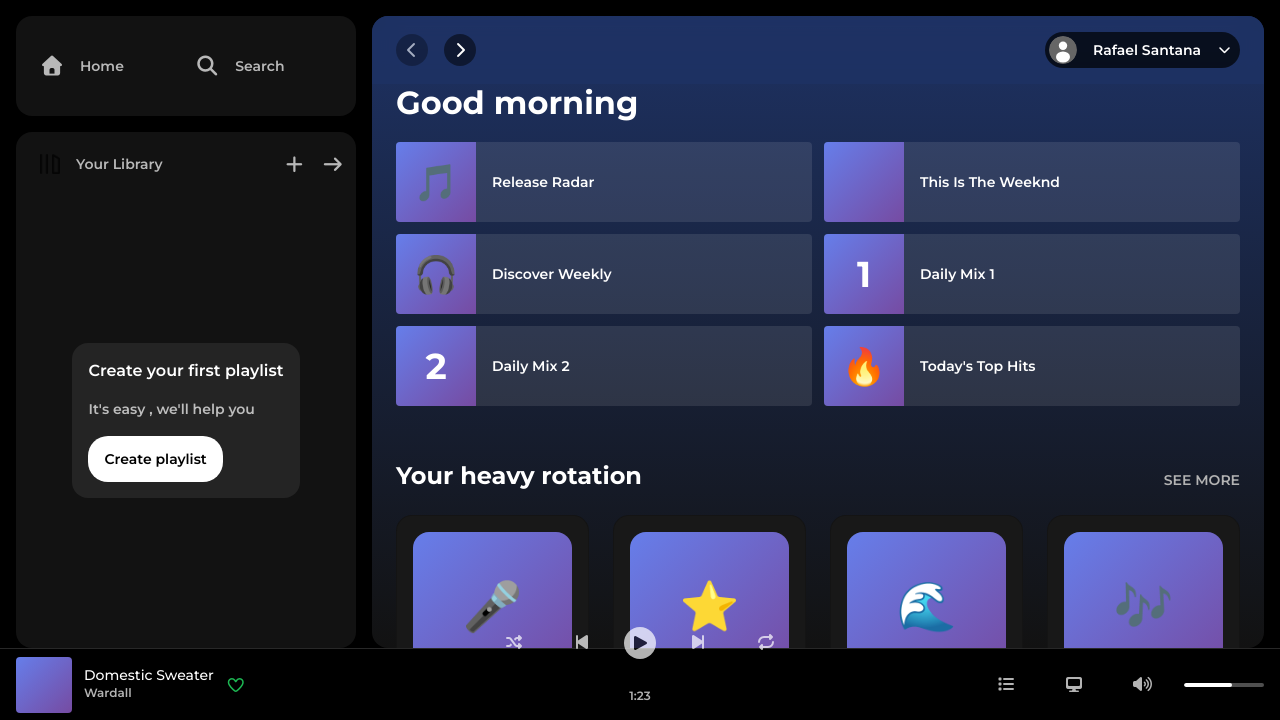
Repository: ketanBisht/spotifyFrontEnd
Page: index.html
These files come from the project's save history. The page is drawn as it stood at one moment and after a run of saves; the edit follows.
The browser window is 1280 px wide. The pictures show the whole page.
An inner scrolling area shows only its first screen. Some web fonts or font styles are not loaded; a fallback is used. Some web libraries are served in a nearby version.

Above is the page before, as saved 2025-08-25 22:49:42.

After the next 2 saves:
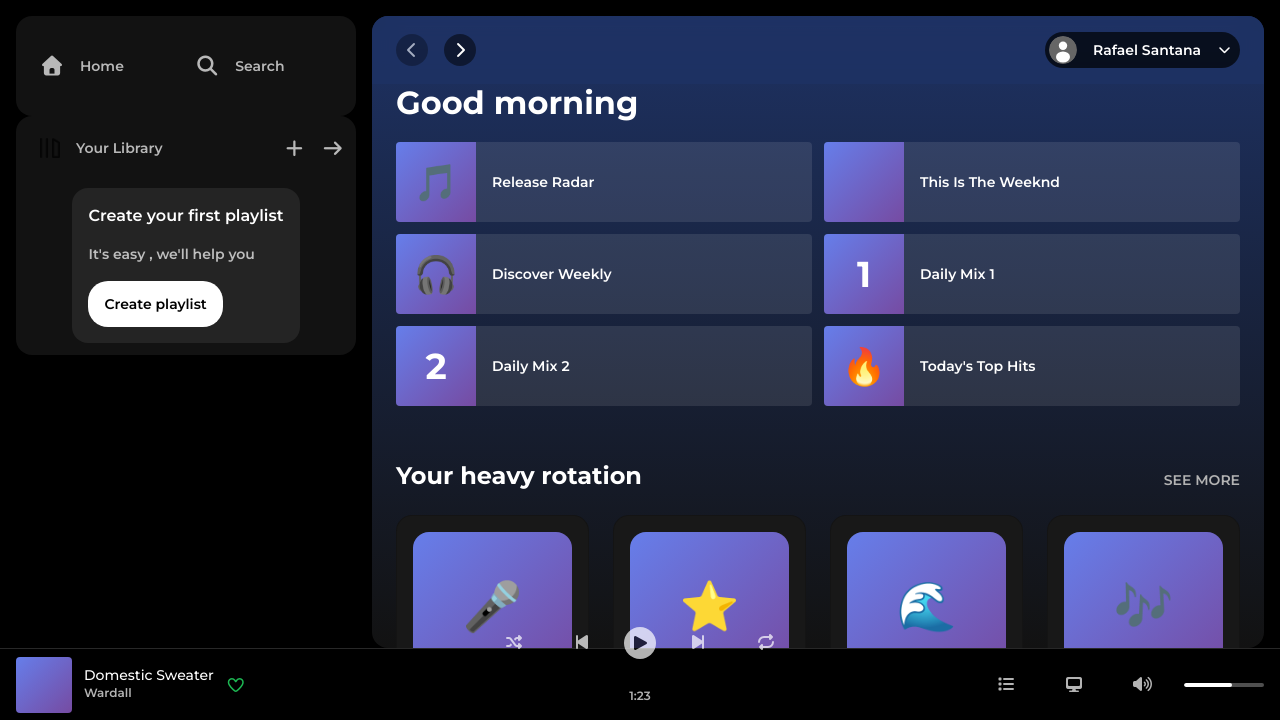
The 2 saves are shown as one change because they came seconds apart.
The last was saved 25 s later.
--- a/try.css
+++ b/try.css
@@ -19,8 +19,6 @@
         .sideBar{
             width: 340px;
             border-radius: 1rem;
-            display: flex;
-            flex-direction: column;
             gap: 1rem;
         }
 
